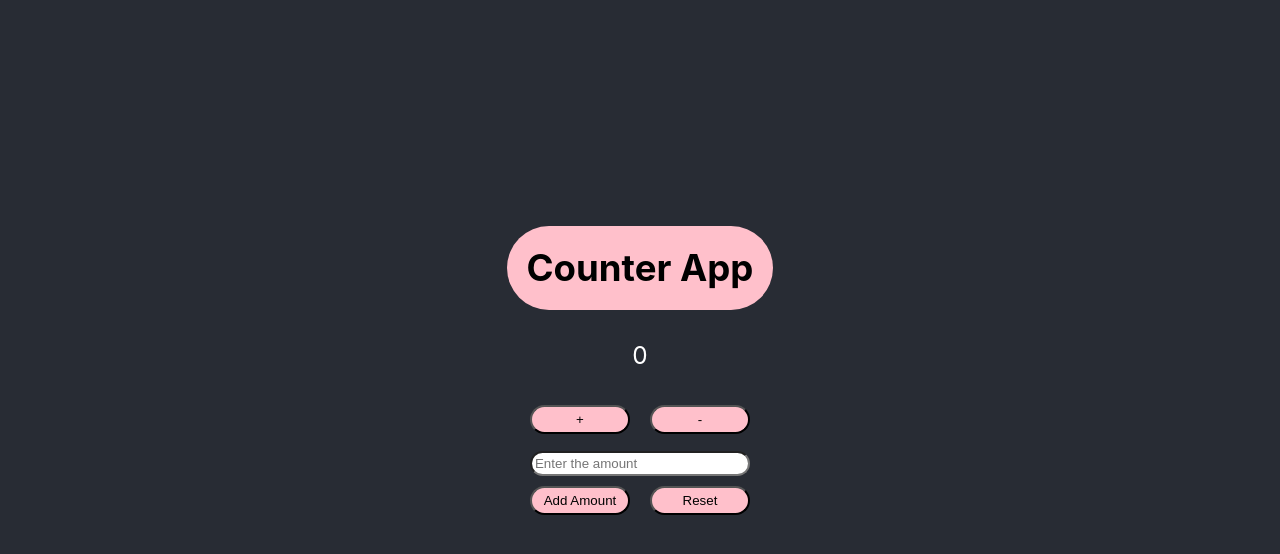
Repository: mahsa199170/React-Redux-Projects
Page: / (app in counter-app-redux-toolkit/)
An editor plug-in stored every save of this project. The page is shown before and after the next save, followed by the edit.
The browser window is 1280 px wide. The pictures show the whole page.
The project was rebuilt for these pictures with package versions that can differ from the ones it lists, and the page was loaded fresh each time.

Above is the page before, as saved 2024-10-28 15:27:56.

### counter-app-redux-toolkit/src/index.js
import React from 'react';
import ReactDOM from 'react-dom/client';
import './index.css';
import App from './App';
import { Provider } from 'react-redux';
import store from './store';

const root = ReactDOM.createRoot(document.getElementById('root'));
root.render(
  <React.StrictMode>
    <Provider store={store}>
      <App />
    </Provider>
  </React.StrictMode>
);

### counter-app-redux-toolkit/src/App.js
import './App.css';
import Counter from './components/counter/Counter';

function App() {
  return (
    <div className="App">
      <header className="App-header">
        <Counter />
      </header>
    </div>
  );
}

export default App;

### counter-app-redux-toolkit/src/store.js
import { configureStore, combineReducers } from '@reduxjs/toolkit';
import countReducer from './slice/counterSlice';

const rootReducer = combineReducers({
  counter: countReducer,
});

const store = configureStore({
  reducer: rootReducer,
});

export default store;

### counter-app-redux-toolkit/src/components/counter/Counter.js
import React, { useState } from 'react';
import { useDispatch, useSelector } from 'react-redux';
import {
  countSelector,
  DECREMENT_BY_ONE,
  INCREMENET_BY_ONE,
  INCREMENT_BY_AN_AMOUNT,
  RESET_AMOUNT,
} from '../../slice/counterSlice';
import './Counter.scss';

const Counter = () => {
  const [inputNumber, setInputNumber] = useState('');
  const number = useSelector(countSelector);

  const dispatch = useDispatch();

  const handleIncrement = () => {
    dispatch(INCREMENET_BY_ONE());
  };
  const handleDecrement = () => {
    dispatch(DECREMENT_BY_ONE());
  };

  const addAmount = () => {
    dispatch(INCREMENT_BY_AN_AMOUNT(Number(inputNumber) || 0));
    setInputNumber('');
  };

  const handleReset = () => {
    setInputNumber('');
    dispatch(RESET_AMOUNT());
  };

  return (
    <section>
      <h2
        style={{
          color: 'black',
          backgroundColor: 'pink ',
          borderRadius: '50px',
          padding: '20px',
        }}
      >
        Counter App
      </h2>
      <p>{number}</p>
      <div>
        <button className="btn" onClick={handleIncrement}>
          +
        </button>
        <button className="btn" onClick={handleDecrement}>
          -
        </button>
      </div>
      <div>
        <input
          type="text"
          placeholder="Enter the amount"
          value={inputNumber}
          onChange={(e) => setInputNumber(e.target.value)}
        />
      </div>
      <div>
        <button className="btn btn-dowm" onClick={addAmount}>
          Add Amount
        </button>
        <button className="btn btn-dowm" onClick={handleReset}>
          Reset{' '}
        </button>
      </div>
    </section>
  );
};

export default Counter;

### counter-app-redux-toolkit/src/slice/counterSlice.js
import { createSlice } from '@reduxjs/toolkit';

const initialState = {
  count: 0,
};

const counterSlice = createSlice({
  name: 'counter',
  initialState,
  reducers: {
    INCREMENET_BY_ONE: (state, action) => {
      state.count += 1;
    },
    DECREMENT_BY_ONE: (state, action) => {
      state.count -= 1;
    },
    INCREMENT_BY_AN_AMOUNT: (state, action) => {
      state.count += action.payload;
    },
    RESET_AMOUNT: (state, action) => {
      state.count = 0;
    },
  },
});

export const countSelector = (state) => state.counter.count;
export const {
  INCREMENET_BY_ONE,
  DECREMENT_BY_ONE,
  INCREMENT_BY_AN_AMOUNT,
  RESET_AMOUNT,
} = counterSlice.actions;

export default counterSlice.reducer;

### counter-app-redux-toolkit/src/components/counter/Counter.scss
.btn {
  background-color: pink;
  padding: 5px;
  margin: 10px;
  width: 100px;
  border-radius: 50px;
}

input {
  width: 210px;
  border-radius: 50px;
  padding: 3px;
}

.btn-down {
  margin-top: 10px !important;
}

Loaded but not shown: counter-app-redux-toolkit/public/index.html (common file); counter-app-redux-toolkit/src/index.css (common file); counter-app-redux-toolkit/src/App.css (common file)

After the next save:
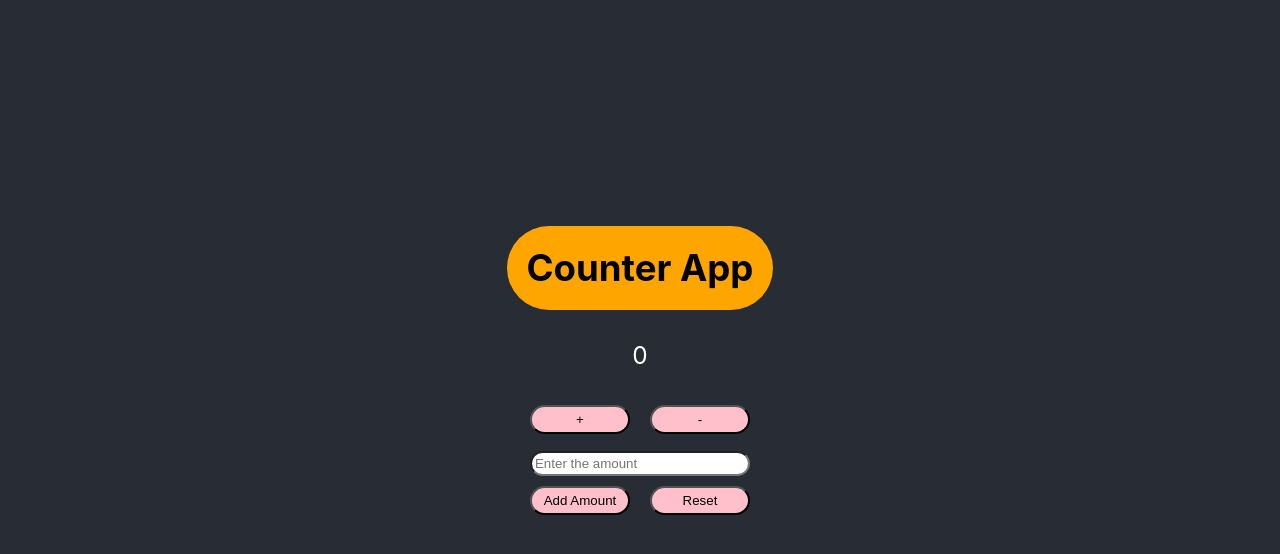
Saved 15 s later.
--- a/counter-app-redux-toolkit/src/components/counter/Counter.js
+++ b/counter-app-redux-toolkit/src/components/counter/Counter.js
@@ -37,7 +37,7 @@ const Counter = () => {
       <h2
         style={{
           color: 'black',
-          backgroundColor: 'pink ',
+          backgroundColor: 'orange ',
           borderRadius: '50px',
           padding: '20px',
         }}
